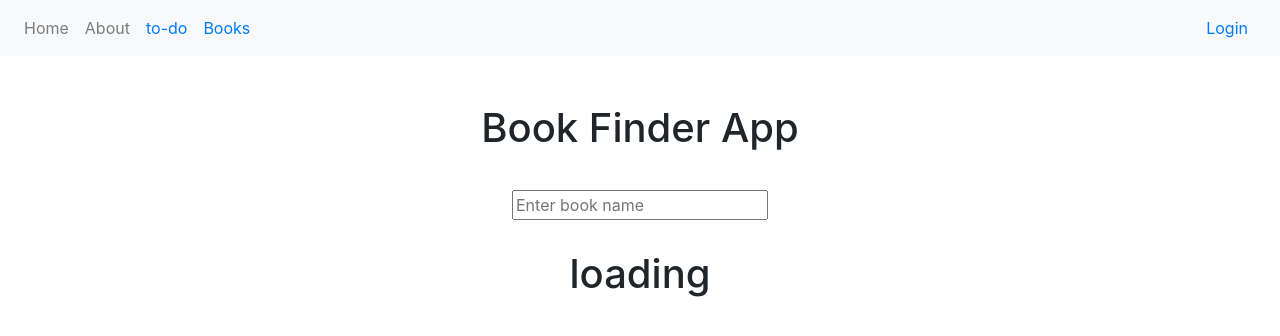
Repository: omniabadry/react-test
Page: /Books
These files come from the project's save history. The page is drawn as it stood at one moment and after the next save; the edit follows.
The browser window is 1280 px wide. The pictures show the whole page.
The page's requests for data from a server got no answer. The project was rebuilt for these pictures with package versions that can differ from the ones it lists, and the page was loaded fresh each time. No one was signed in, and anything a server would have sent is missing.

Above is the page before, as saved 2021-02-09 13:46:00.

After the next save:
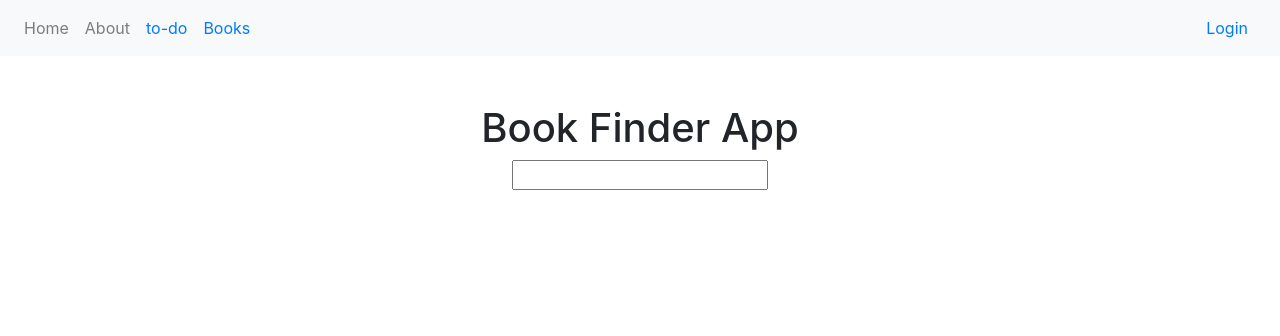
Saved 3 min 1 s later.
--- a/src/components/books.js
+++ b/src/components/books.js
@@ -1,8 +1,10 @@
 import {
-    Card, CardText, CardBody,
-    CardTitle, CardSubtitle, Button
+    Card,
+    CardText,
+    CardBody,
+    CardTitle,
+    CardSubtitle
 } from 'reactstrap';
-import "../css/books.css"
 import { axiosInstance } from "../axiosConfig"
 import { useEffect, useState } from 'react';
 
@@ -10,18 +12,18 @@ export default function Books() {
     const [searchValue, setSearchValue] = useState("")
     const [books, setBooks] = useState()
 
-const getBooks = ()=>{
-    axiosInstance.get("", {
-        params: {
-            q: (searchValue ? searchValue : "keyword")
-        }
-    }).then((res) => {
-        setBooks(res.data.items)
-    })
-}
+    const getBooks = () => {
+        axiosInstance.get("", {
+            params: {
+                q: (searchValue ? searchValue : "keyword")
+            }
+        }).then((res) => {
+            setBooks(res.data.items)
+        })
+    }
 
     useEffect(() => {
-       getBooks()
+        getBooks()
     }, [])
 
     useEffect(() => {
@@ -39,35 +41,40 @@ const getBooks = ()=>{
             // console.log(books)
             let cards = []
             for (let index = 0; index < books.length; index++) {
-                cards.push(
-                    <Card className="col-3">
-                        <CardBody>
-                            <CardTitle tag="h5">{books[index]["volumeInfo"]["title"]}</CardTitle>
-                            <CardSubtitle tag="h6" className="mb-2 text-muted">{books[index]["volumeInfo"]["categories"]}</CardSubtitle>
-                            <CardText>{books[index]["volumeInfo"]["authors"]}</CardText>
-                        </CardBody>
-                    </Card>
+                cards.push( <
+                    Card className = "col-3" >
+                    <
+                    CardBody >
+                    <
+                    CardTitle tag = "h5" > { books[index]["volumeInfo"]["title"] } < /CardTitle> <
+                    CardSubtitle tag = "h6"
+                    className = "mb-2 text-muted" > { books[index]["volumeInfo"]["categories"] } < /CardSubtitle> <
+                    CardText > { books[index]["volumeInfo"]["authors"] } < /CardText> <
+                    /CardBody> <
+                    /Card>
                 )
             }
             return cards
-        } else {
-            return (
-                <h1>loading</h1>
-            )
         }
-
     }
 
 
 
-    return (
-        <div className="container" style={{ textAlign: "center" }}>
-            <h1>Book Finder App</h1>
-            <input value={searchValue} onChange={handleInput} type="text" name="search" id="search" placeholder="Enter book name" />
-            <div className="books col-12">
-                {getCards()}
-            </div>
-        </div>
+    return ( <
+        div className = "container"
+        style = {
+            { textAlign: "center" } } >
+        <
+        h1 > Book Finder App < /h1> <
+        input value = { searchValue }
+        onChange = { handleInput }
+        type = "text"
+        name = "search"
+        id = "search" / >
+        <
+        div className = "books col-12" > { getCards() } <
+        /div> <
+        /div>
     )
 
 }
